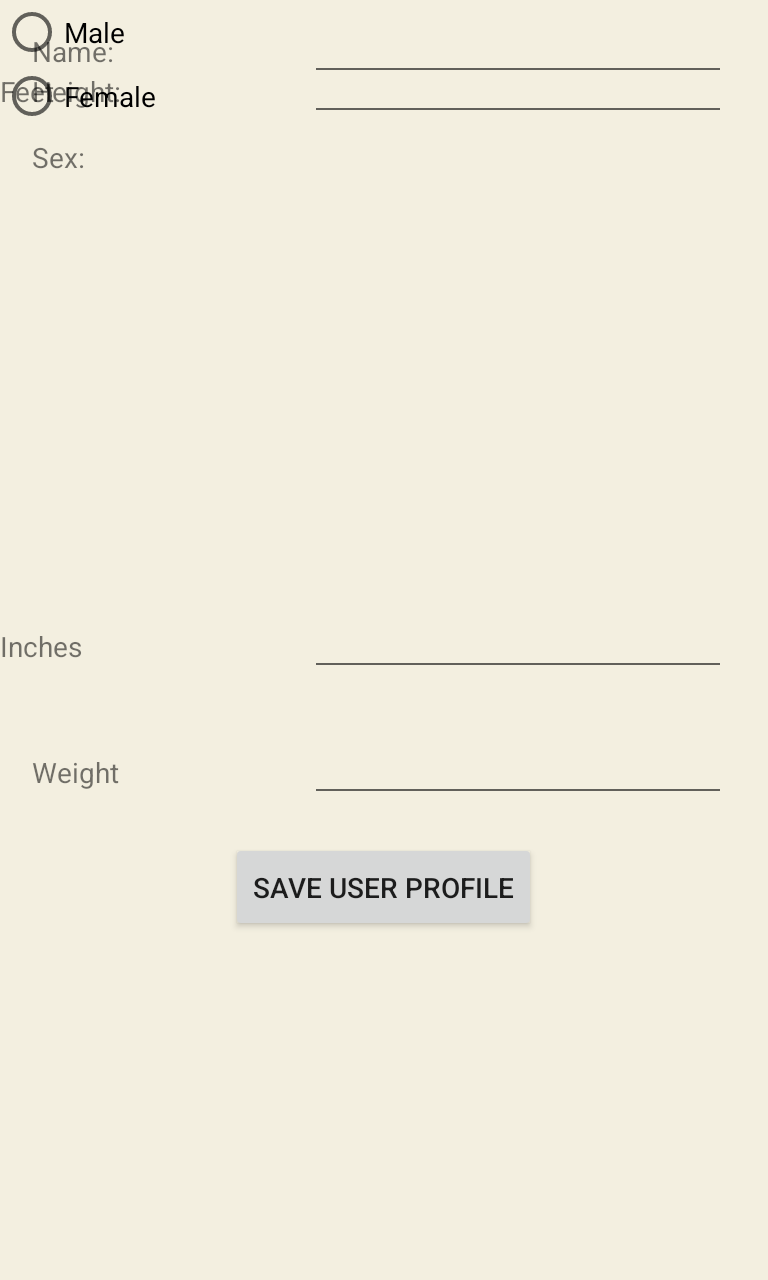
Repository: CS185Wingman/wingman
Layout: Workspace/wingman/res/layout/user_settings.xml
The author's editor kept a copy of each file at every save. The layout is drawn from the files as they stood at one save, then again after the next save.
It is drawn on a 768 x 1280 px phone screen (xhdpi) without system bars, with theme AppTheme; the app's code is not run.

Above is the layout before, as saved 2014-06-06 04:27:10.

After the next save:
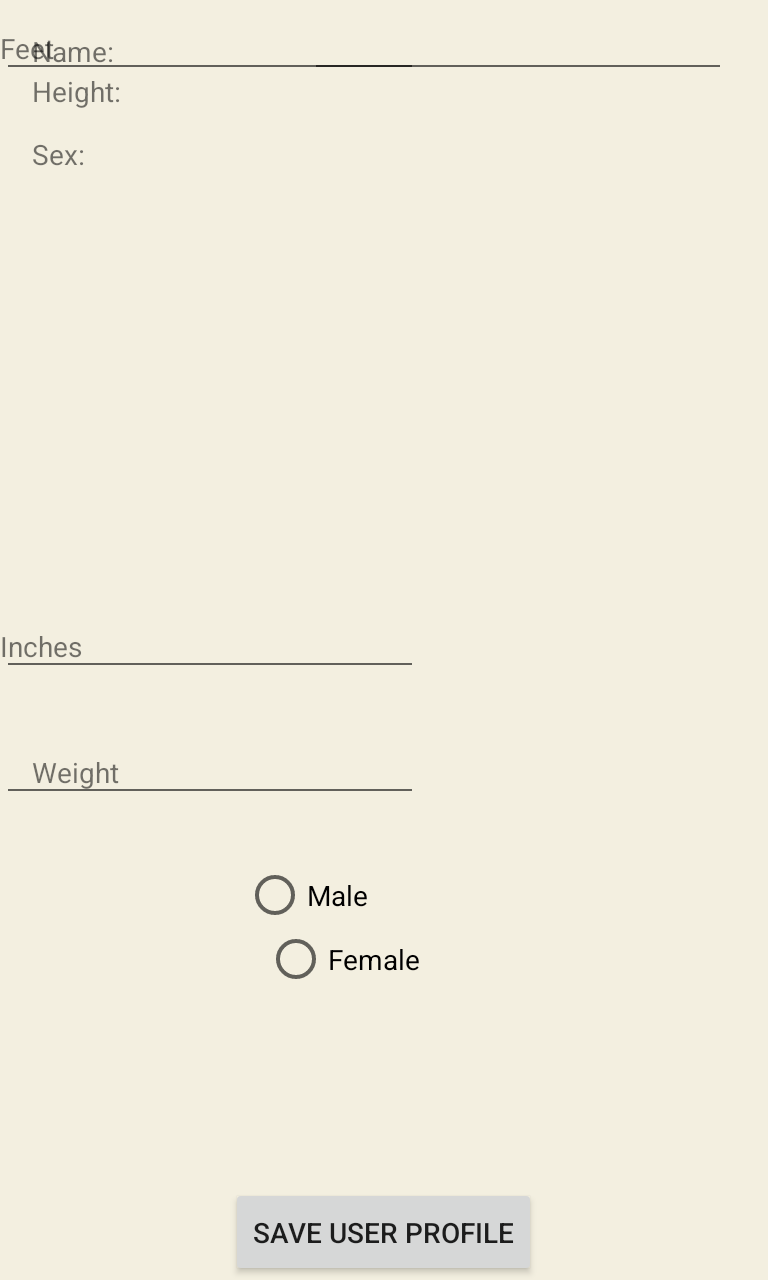
Saved 59 s later.
--- a/Workspace/wingman/res/layout/user_settings.xml
+++ b/Workspace/wingman/res/layout/user_settings.xml
@@ -18,8 +18,6 @@
         android:id="@+id/nameField"
         android:layout_width="wrap_content"
         android:layout_height="wrap_content"
-        android:layout_alignBaseline="@+id/nameLabel"
-        android:layout_alignBottom="@+id/nameLabel"
         android:layout_alignParentRight="true"
         android:layout_marginRight="20dp"
         android:ems="10"
@@ -38,18 +36,6 @@
     android:layout_width="fill_parent"
     android:layout_height="wrap_content"
     android:orientation="vertical">
-
-        <RadioButton
-            android:id="@+id/maleButton"
-            android:layout_width="wrap_content"
-            android:layout_height="wrap_content"
-            android:text="Male" />
-
-        <RadioButton
-            android:id="@+id/femaleButton"
-            android:layout_width="wrap_content"
-            android:layout_height="wrap_content"
-            android:text="Female" />
     </RadioGroup>
 
     <TextView
@@ -64,9 +50,6 @@
         android:id="@+id/heightField"
         android:layout_width="wrap_content"
         android:layout_height="wrap_content"
-        android:layout_alignBaseline="@+id/heightLabel"
-        android:layout_alignBottom="@+id/heightLabel"
-        android:layout_alignLeft="@+id/nameField"
         android:ems="10"
         android:inputType="number" >
 
@@ -123,9 +106,26 @@
         android:id="@+id/saveSettingsButton"
         android:layout_width="wrap_content"
         android:layout_height="wrap_content"
-        android:layout_below="@+id/weightField"
+        android:layout_alignParentBottom="true"
         android:layout_centerHorizontal="true"
-        android:layout_marginTop="16dp"
         android:text="Save User Profile" />
 
+    <RadioButton
+        android:id="@+id/maleButton"
+        android:layout_width="wrap_content"
+        android:layout_height="wrap_content"
+        android:layout_alignRight="@+id/weightField"
+        android:layout_below="@+id/weightField"
+        android:layout_marginRight="26dp"
+        android:layout_marginTop="28dp"
+        android:text="Male" />
+
+    <RadioButton
+        android:id="@+id/femaleButton"
+        android:layout_width="wrap_content"
+        android:layout_height="wrap_content"
+        android:layout_alignRight="@+id/inchesField"
+        android:layout_below="@+id/maleButton"
+        android:text="Female" />
+
 </RelativeLayout>
